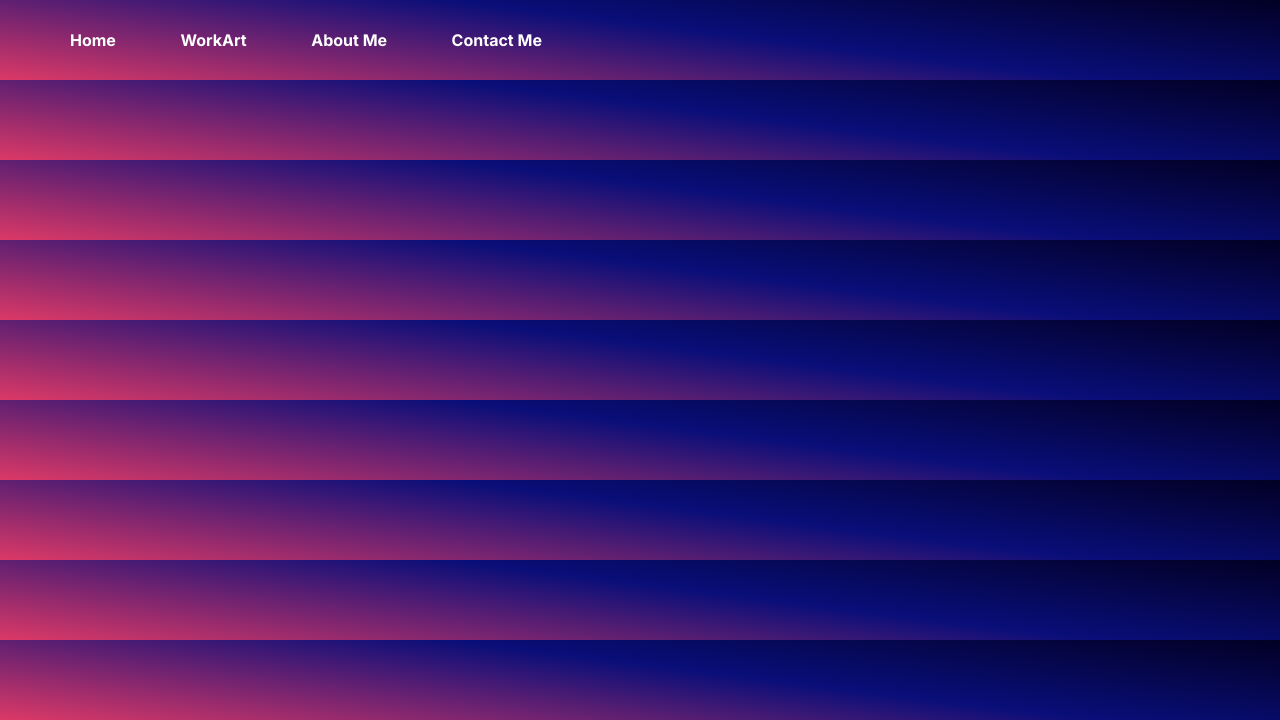
Repository: sius012/DiWorkbench
Page: index.html
An editor plug-in stored every save of this project. The page is shown before and after the next save, followed by the edit.
The browser window is 1280 px wide. The pictures show the whole page.

Above is the page before, as saved 2023-04-06 20:27:04.

### index.html
<!DOCTYPE html>
<html lang="en">
<head>
    <meta charset="UTF-8">
    <meta http-equiv="X-UA-Compatible" content="IE=edge">
    <meta name="viewport" content="width=device-width, initial-scale=1.0">
    <title>Document</title>
    <link href="https://fonts.googleapis.com/css2?family=Inter:wght@400;500;600;700;800;900&display=swap" rel="stylesheet">
    <style>
      *{
        font-family: 'Inter', sans-serif;
        margin:0px;
      }

      body{
        background: rgb(2,0,36);
        background: linear-gradient(187deg, rgba(2,0,36,1) 0%, rgba(9,14,121,1) 43%, rgba(220,57,103,1) 100%, rgba(12,10,124,1) 100%);
        w
      }

      .nav-cont li{
        display: inline-block;
      }

      .nav-cont li a{
        padding: 30px;
        display: block;
        text-decoration: none;
        color: white;
        font-weight: bold;
      }

      .nav-cont{
        list-style-type: none;
        margin: 0px;
      }

      .link-nav:hover{
        background-color: rgba(159, 159, 159, 0.349);
      }

    </style>
</head>
<body>
  <nav>
    <ul class="nav-cont">
      <li><a href="" class="link-nav">Home </a></li>
      <li><a href="" class="link-nav">WorkArt</a></li>
      <li><a href="" class="link-nav">About Me</a></li>
      <li><a href="" class="link-nav">Contact Me</a></li>
    </ul>
    <div class="container">
      <h3></h3>
    </div>
  </nav>
</body>
</html>

After the next save:
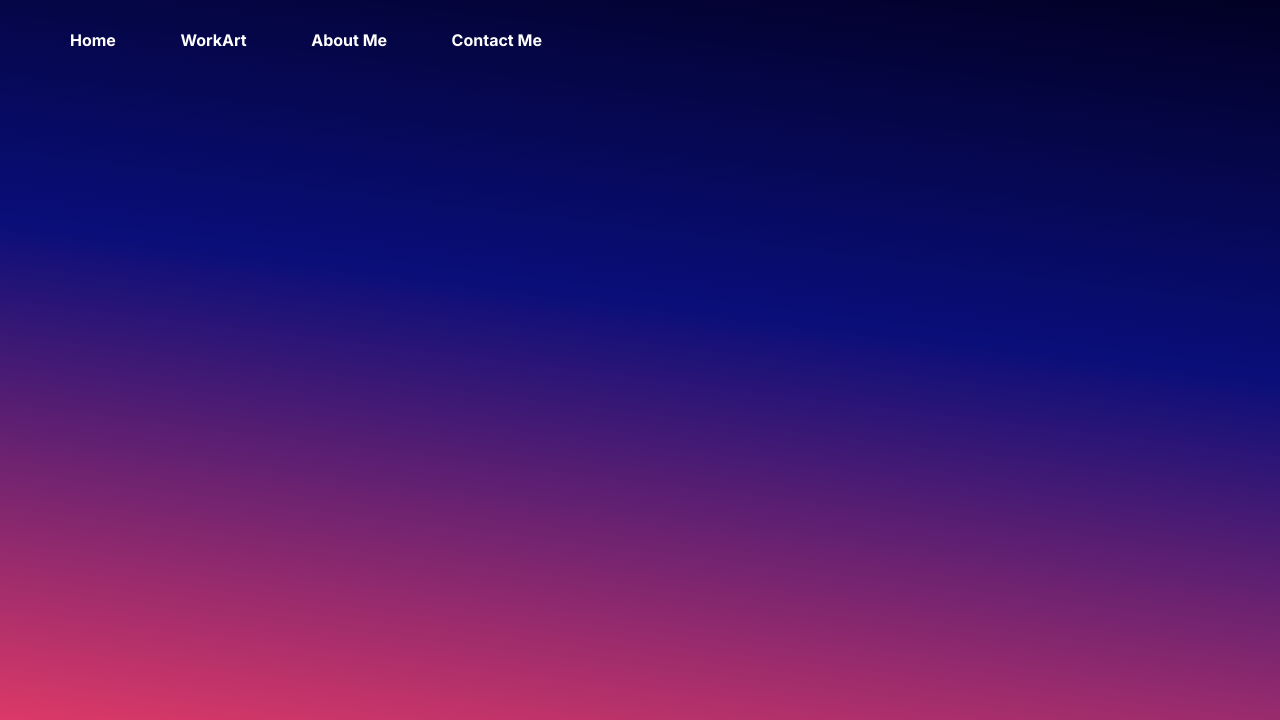
Saved 5 s later.
--- a/index.html
+++ b/index.html
@@ -15,7 +15,7 @@
       body{
         background: rgb(2,0,36);
         background: linear-gradient(187deg, rgba(2,0,36,1) 0%, rgba(9,14,121,1) 43%, rgba(220,57,103,1) 100%, rgba(12,10,124,1) 100%);
-        w
+        height: 100vh;
       }
 
       .nav-cont li{
